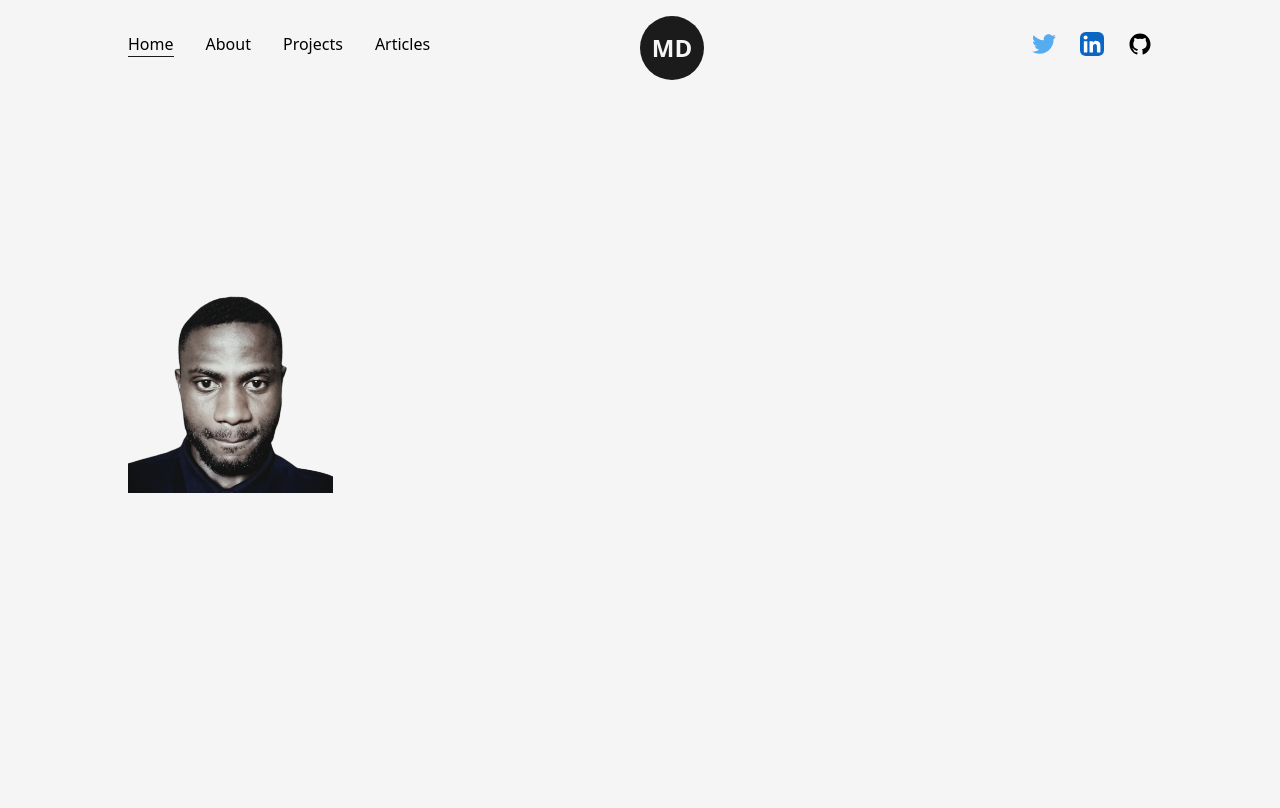
Repository: marcusdashe/situs
Page: /
These files come from the project's save history. The page is drawn as it stood at one moment and after the next save; the edit follows.
The browser window is 1280 px wide. The pictures show the whole page.
The project was rebuilt for these pictures with package versions that can differ from the ones it lists, and the page was loaded fresh each time. The framework's server and built-in components were replaced by stand-ins that run in the browser.

Above is the page before, as saved 2023-06-15 17:22:38.

After the next save:
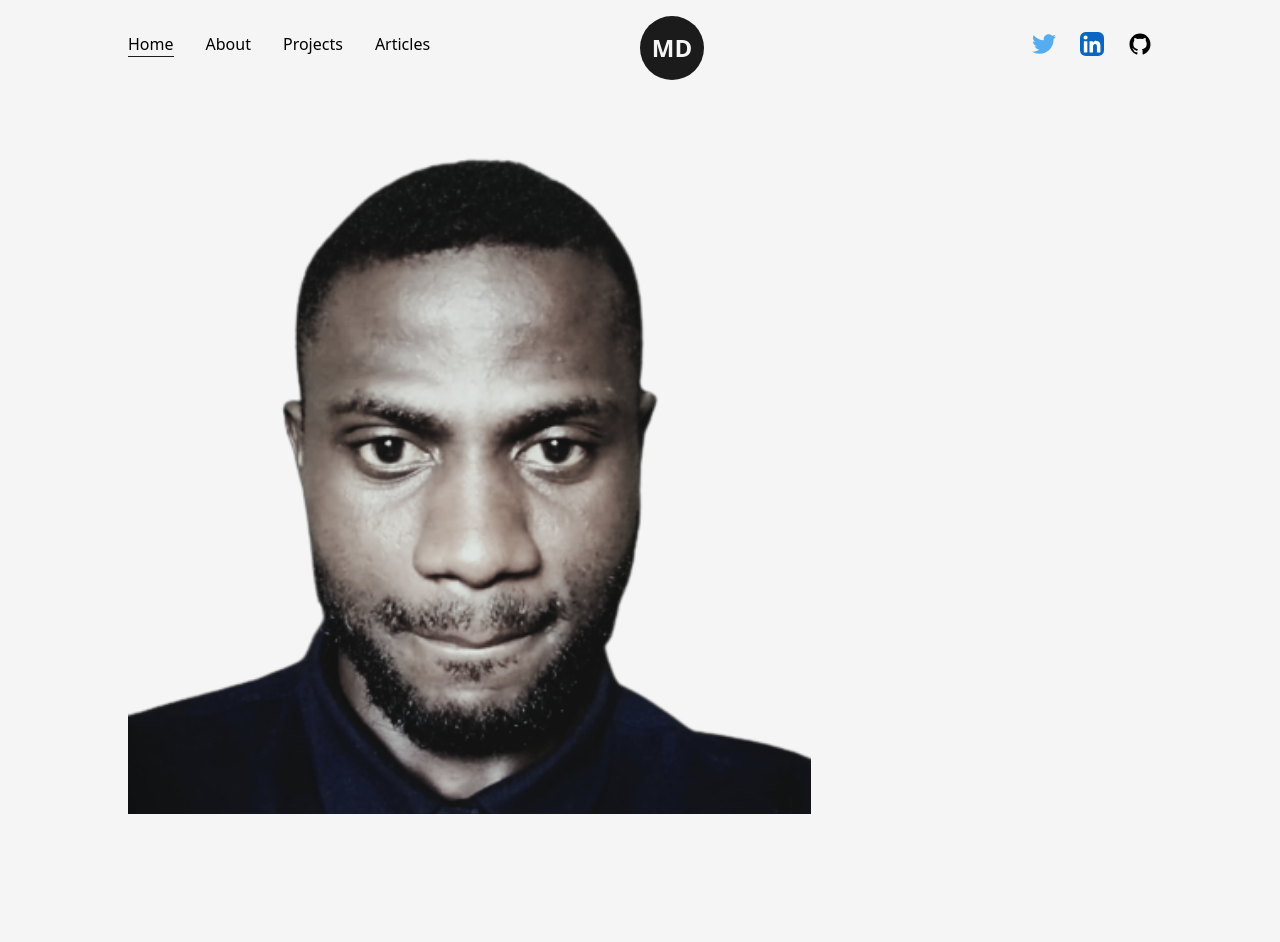
Saved 9 s later.
--- a/src/pages/index.js
+++ b/src/pages/index.js
@@ -16,7 +16,7 @@ export default function Home() {
       <main className="flex items-center text-dark w-full min-h-screen">
         <Layout className="pt-0">
           <div className=" w-full flex items-center justify-between">
-            <div className="w-1/5">
+            <div className="w-2/3">
               <Image
                 src={profilePic}
                 alt="Marcus Dashe"
